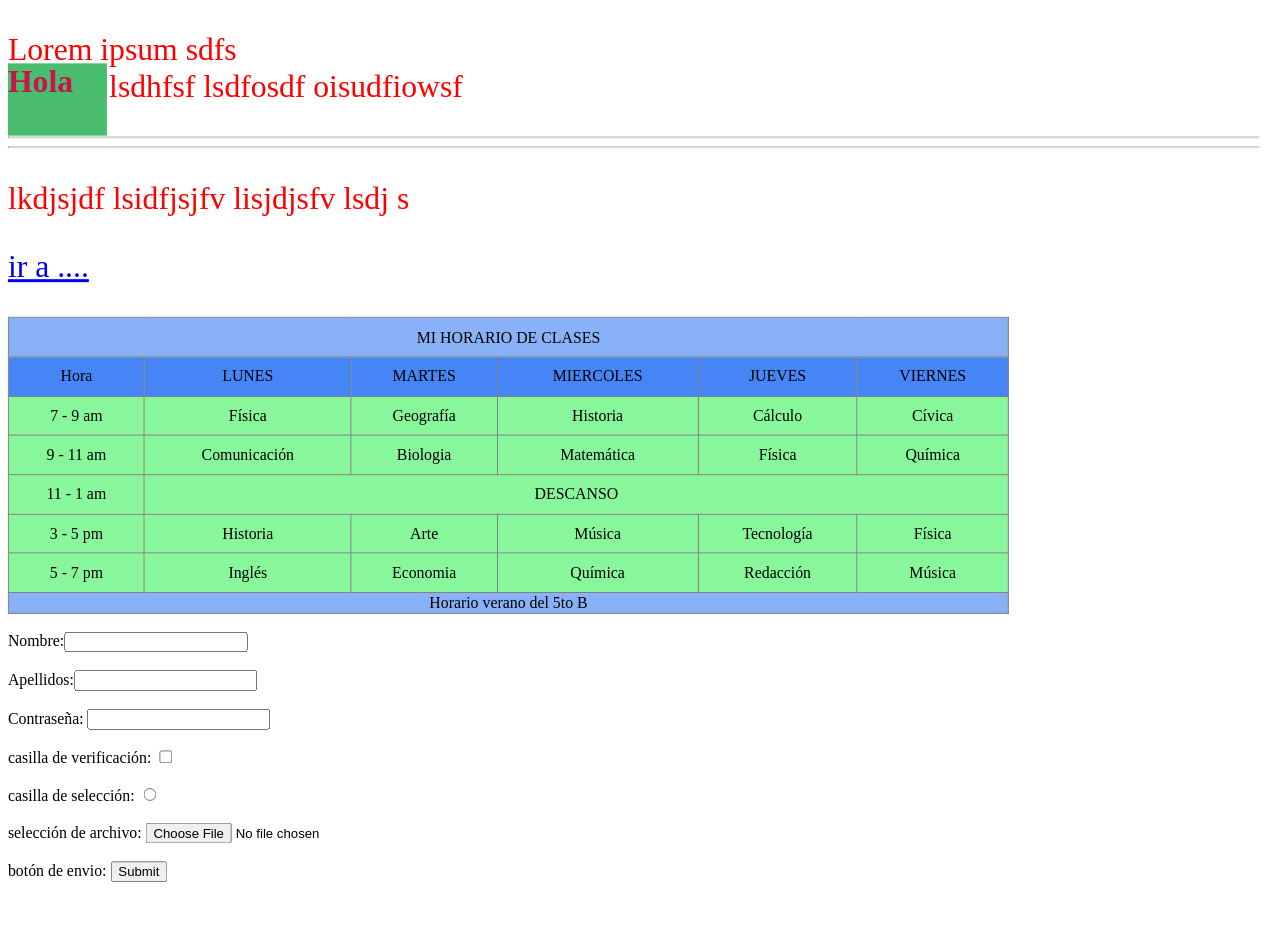
Repository: gadiazsaavedra/Unidad_2
Page: index.html
An editor plug-in stored every save of this project. The page is shown before and after the next save, followed by the edit.
The browser window is 1280 px wide. The pictures show the whole page, at 99% of full size.

Above is the page before, as saved 2023-08-07 16:38:41.

### index.html
<!DOCTYPE html>
<html>
  <head>
    <meta http-equiv="content-type" content="text/html; charset=UTF-8">
    <title>index.html</title>
    <link type="text/css" rel="stylesheet" href="css/main.css">
  </head>
  <body>
    <p style="width: 100px; height: 73px;" id="mi_parrafo">Hola</p>
    <!-- hago un coemtario ciaquiera -->
    <p>Lorem ipsum sdfs<br/> sdhfsdf lsdhfsf lsdfosdf oisudfiowsf </p>
    <hr/>
    <hr/>
    <p>lkdjsjdf lsidfjsjfv lisjdjsfv lsdj s</p>
    <p><a href="https://www.google.com/">ir a ....</a><br>
      <table border="1px" width ="80%" height ="300px" style="border-collapse:collapse; text-align:center;">
        <thead bgcolor="#88b1f7" height ="40px">
      <tr>
      <td colspan="6"> MI HORARIO DE CLASES </td>
      </tr>
        </thead>

        <tbody bgcolor="#88f79b">
      <tr bgcolor="#4585f5">
      <td> Hora  </td>
      <td> LUNES  </td>
      <td> MARTES </td>
      <td> MIERCOLES </td>
      <td> JUEVES </td>
      <td> VIERNES </td>
      </tr>

      <tr>
      <td> 7 - 9 am </td>
      <td> Física </td>
      <td> Geografía  </td>
      <td> Historia </td>
      <td> Cálculo </td>
      <td> Cívica </td>
      </tr>

      <tr>
      <td> 9 - 11 am </td>
      <td> Comunicación </td>
      <td> Biologia </td>
      <td> Matemática </td>
      <td> Física </td>
      <td> Química </td>
      </tr>

      <tr>
      <td> 11 - 1 am</td>
      <td colspan="5"> DESCANSO </td>
      </tr>


      <tr>
      <td> 3 - 5 pm</td>
      <td> Historia </td>
      <td> Arte </td>
      <td> Música </td>
      <td> Tecnología </td>
      <td> Física </td>
      </tr>
          <tr>
      <td> 5 - 7 pm</td>
      <td> Inglés </td>
      <td> Economia </td>
      <td> Química </td>
      <td> Redacción </td>
      <td> Música </td>
      </tr>

        </tbody>

           <tfoot bgcolor="#88b1f7">
          <tr>
      <td colspan="6"> Horario verano del 5to B  </td>
      </tr>
        </tfoot>

      </table>
      <br/>
      <form>
        Nombre:<input type="text"/>  <br/><br/>
        Apellidos:<input type="text"/>   <br/><br/>
        Contraseña: <input type="password"/>  <br/><br/>
        casilla de verificación: <input type="checkbox"/> <br/><br/>
        casilla de selección: <input type="radio"/>  <br/><br/>
        selección de archivo:  <input type="file">  <br/><br/>
        botón de envio: <input type="submit">
        </form>
        <br/>


    </p>
  </body>
</html>

### css/main.css
p {
  color: red;
  font-size: xx-large;
}

#mi_parrafo {
  color: #c8144a;
  font-weight: bold;
  background-color: #49bc6d;
  position: absolute;
}

After the next save:
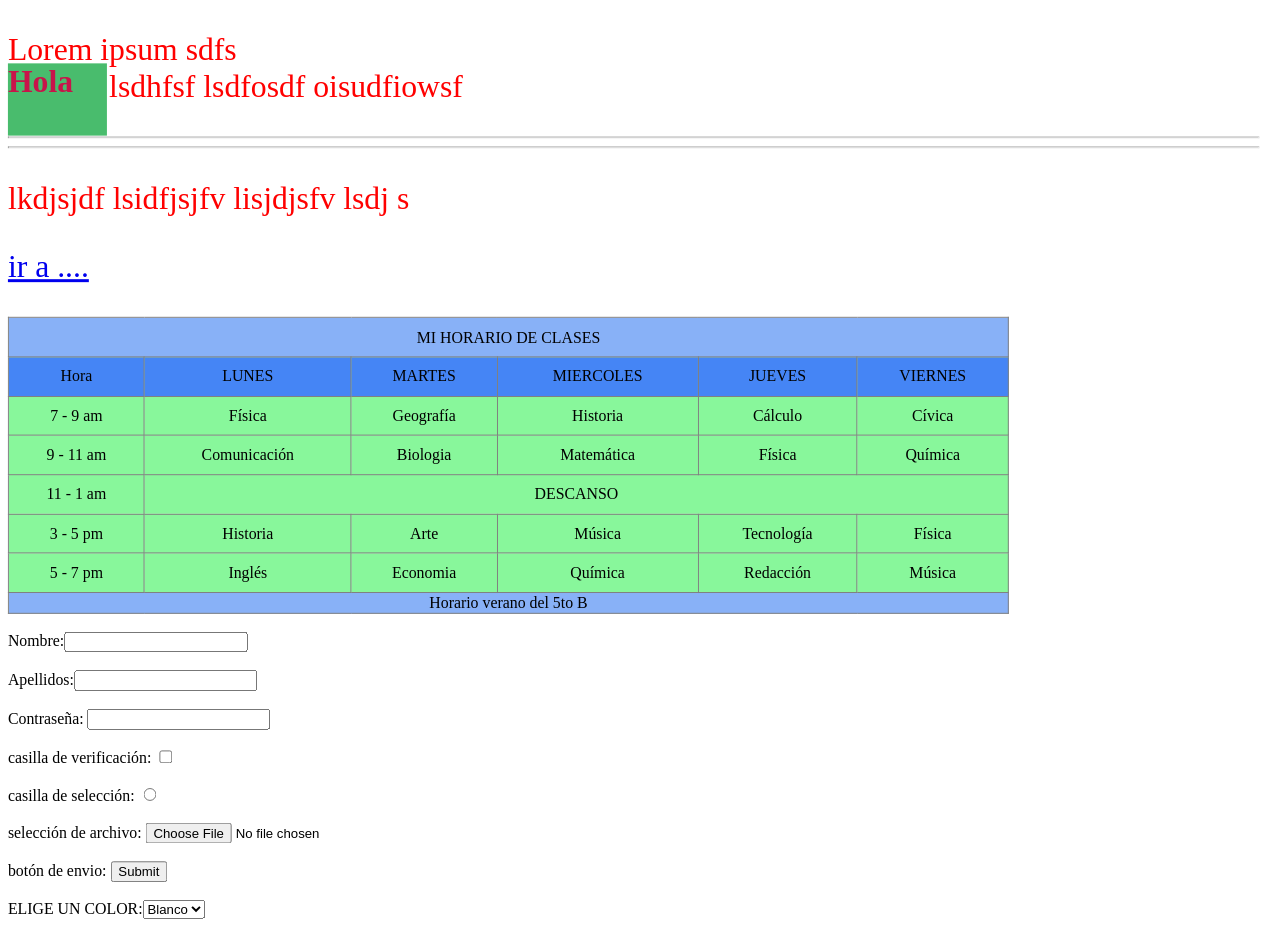
Saved 5 s later.
--- a/index.html
+++ b/index.html
@@ -91,7 +91,17 @@
         botón de envio: <input type="submit">
         </form>
         <br/>
+        <form>
 
+          ELIGE UN COLOR:<select>
+          <option>Blanco</option>
+          <option>Negro</option>
+          <option>Azul</option>
+          <option>Rojo</option>
+          <option>Verde</option>
+          </select>
+
+          </form>
 
     </p>
   </body>
